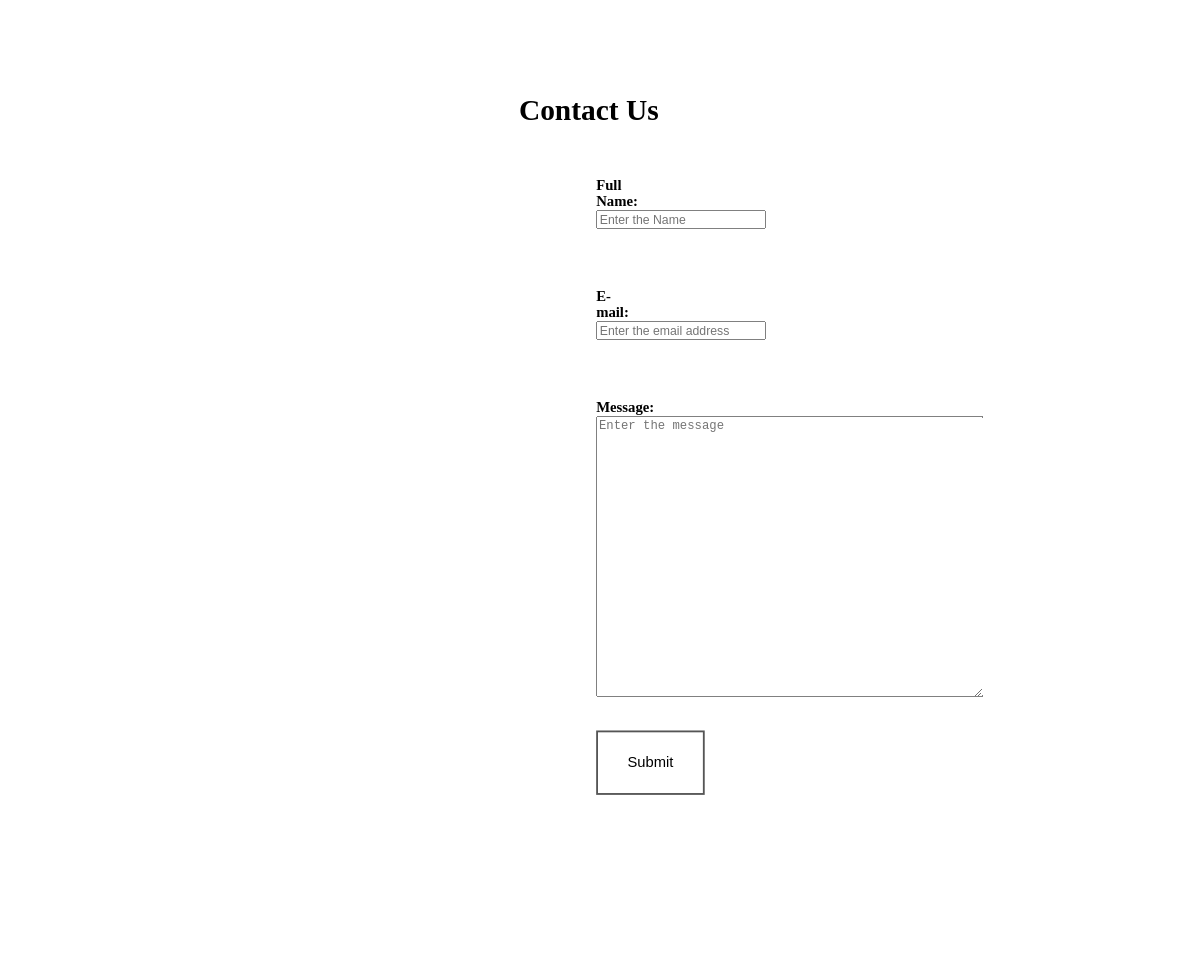
Repository: Shivamkr522/Contact_Us_Page
Page: http://localhost/ContactUs/contactus.jsp
These files come from the project's save history. The page is drawn as it stood at one moment and after the next save; the edit follows.
The browser window is 1280 px wide. The pictures show the whole page, at 92% of full size.
The page is served by Tomcat 9. Other server files are loaded and not shown.

Above is the page before, as saved 2022-12-11 21:07:53.

### ContactUs/src/main/webapp/contactus.jsp
<%@ page language="java" contentType="text/html; charset=UTF-8" pageEncoding="UTF-8"%>
<!DOCTYPE html>
<html>
<head>
<meta charset="UTF-8">
<title>Contact Us</title>
<link rel="stylesheet" type="text/css" href="contact-us.css">
</head>
<body>
	<div id="main-form">
		<h1 id="head">Contact Us</h1>
		<form action="contactus" method="post">
			<div id="name">
				<label><strong>Full Name:</strong></label><br>
				<input type="text" id="fullName" name="fullName" placeholder="Enter the Name" required>
			</div>
			<div id="email">
				<label><strong>E-mail:</strong></label><br>
				<input type="email" id="email-block" name="email" placeholder="Enter the email address" required>
			</div>
			<div id="message">
				<label><strong>Message:</strong></label>
				<br>
				<textarea rows="20" cols="50" name="message" id="message-block" placeholder="Enter the message" required></textarea>
			</div>
			<div id="submit-button">
				<input type="submit" id="submit" value="Submit">
			</div>
		</form>
	</div>
</body>
</html>

### ContactUs/src/main/webapp/contact-us.css
@charset "UTF-8";

#main-form{
	display: flex;
	flex-direction: column;
	text-align: center;
	margin: 5rem 20rem 10rem;
}

#head{
	font-size: 2rem;
}

#name{
	margin: 2rem 20rem 4rem;
	text-align: left;
}

#email{
	margin: 0 20rem 4rem;
	text-align: left;
}

#message{
	margin: 0 20rem 2rem;
	text-align: left;
}

#submit-button{
	margin: 0 20rem 2rem;

}

#submit{
	padding: 1.5rem 2rem;
	font-size: 1rem;
	background-color: white;
  	color: black;
  	border: 2px solid #555555;
}

#submit:hover{
	background-color: #555555;
  	color: white;
}

After the next save:
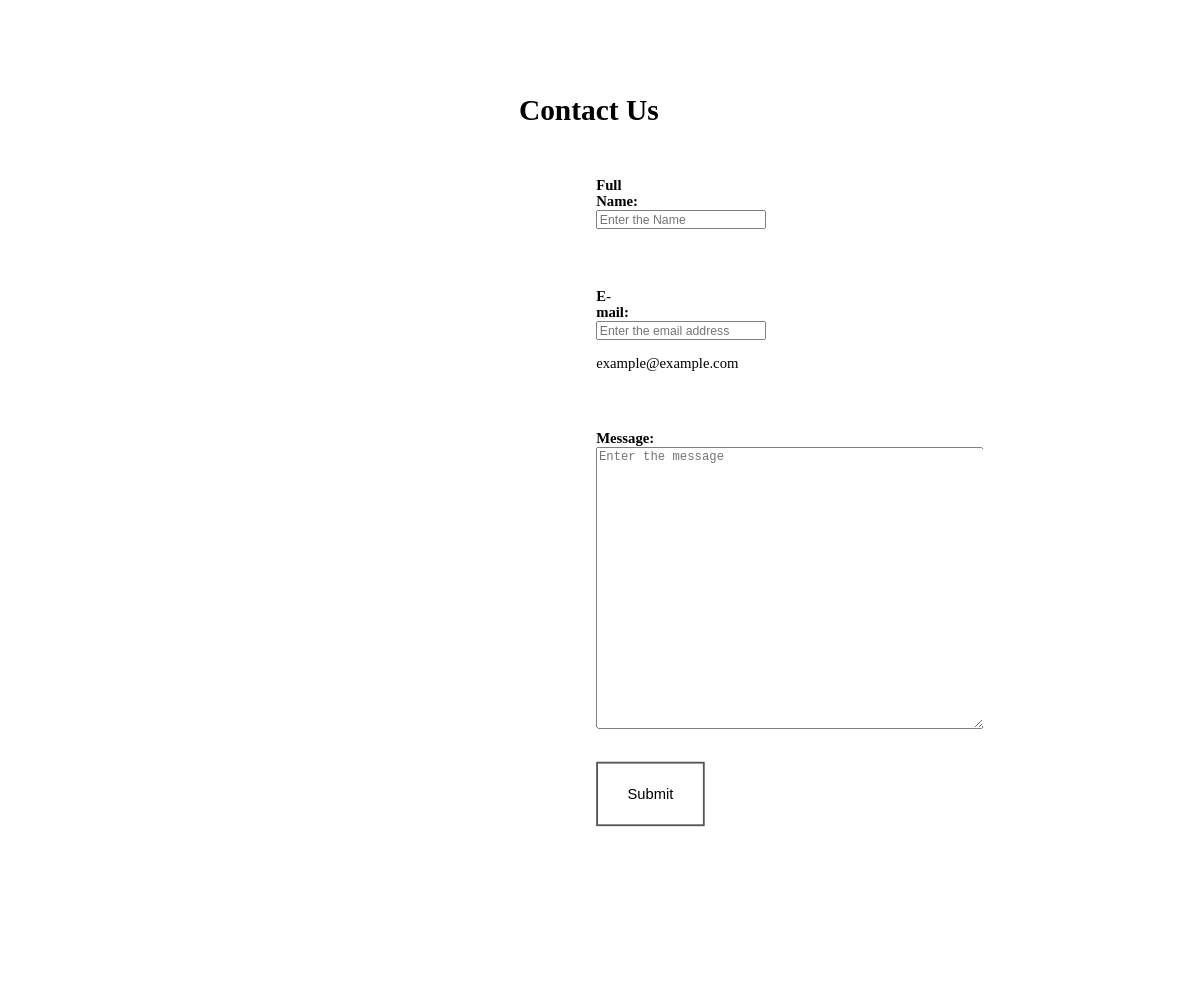
Saved 73 s later.
--- a/ContactUs/src/main/webapp/contactus.jsp
+++ b/ContactUs/src/main/webapp/contactus.jsp
@@ -17,6 +17,7 @@
 			<div id="email">
 				<label><strong>E-mail:</strong></label><br>
 				<input type="email" id="email-block" name="email" placeholder="Enter the email address" required>
+				<p>example@example.com</p>
 			</div>
 			<div id="message">
 				<label><strong>Message:</strong></label>
